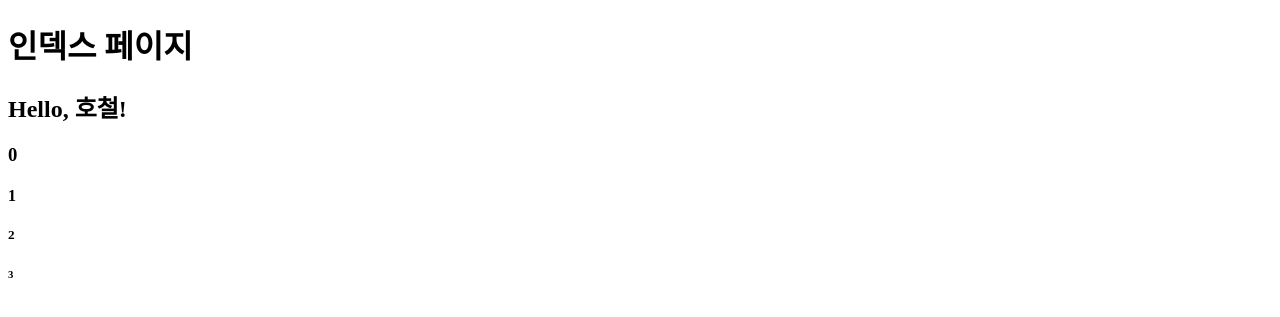
Repository: Sid0130/HTML
Page: lab-web/lab01_html/src/main/webapp/index.html
An editor plug-in stored every save of this project. The page is shown before and after the next save, followed by the edit.
The browser window is 1280 px wide. The pictures show the whole page.

Above is the page before, as saved 2024-12-02 09:20:55.

After the next save:
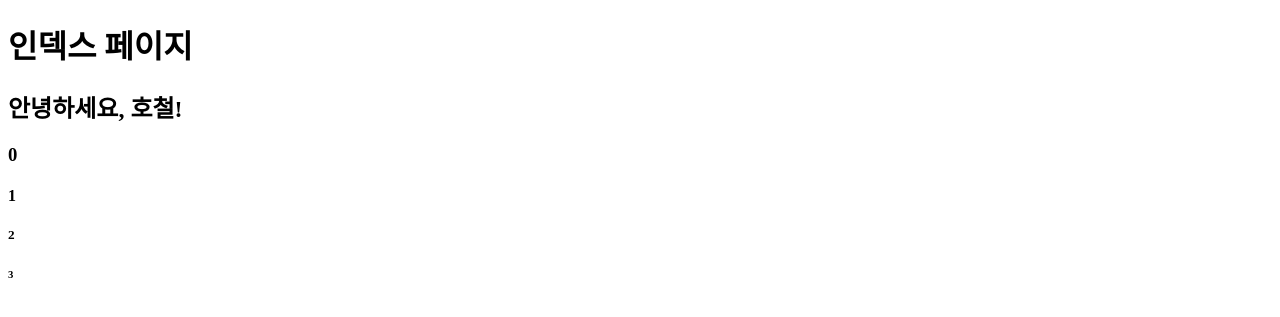
Saved 15 h 28 min later.
--- a/lab-web/lab01_html/src/main/webapp/index.html
+++ b/lab-web/lab01_html/src/main/webapp/index.html
@@ -18,7 +18,7 @@
 
         <!-- heading 태그: h1 ~ h6. 문서 제목. --> <!-- 제목을 달아주는데 그 밑에 소제목 느낌 -->
         <h1>인덱스 페이지</h1>
-        <h2>Hello, 호철!</h2>
+        <h2>안녕하세요, 호철!</h2>
         <h3>0</h3>
         <h4>1</h4>
         <h5>2</h5>
